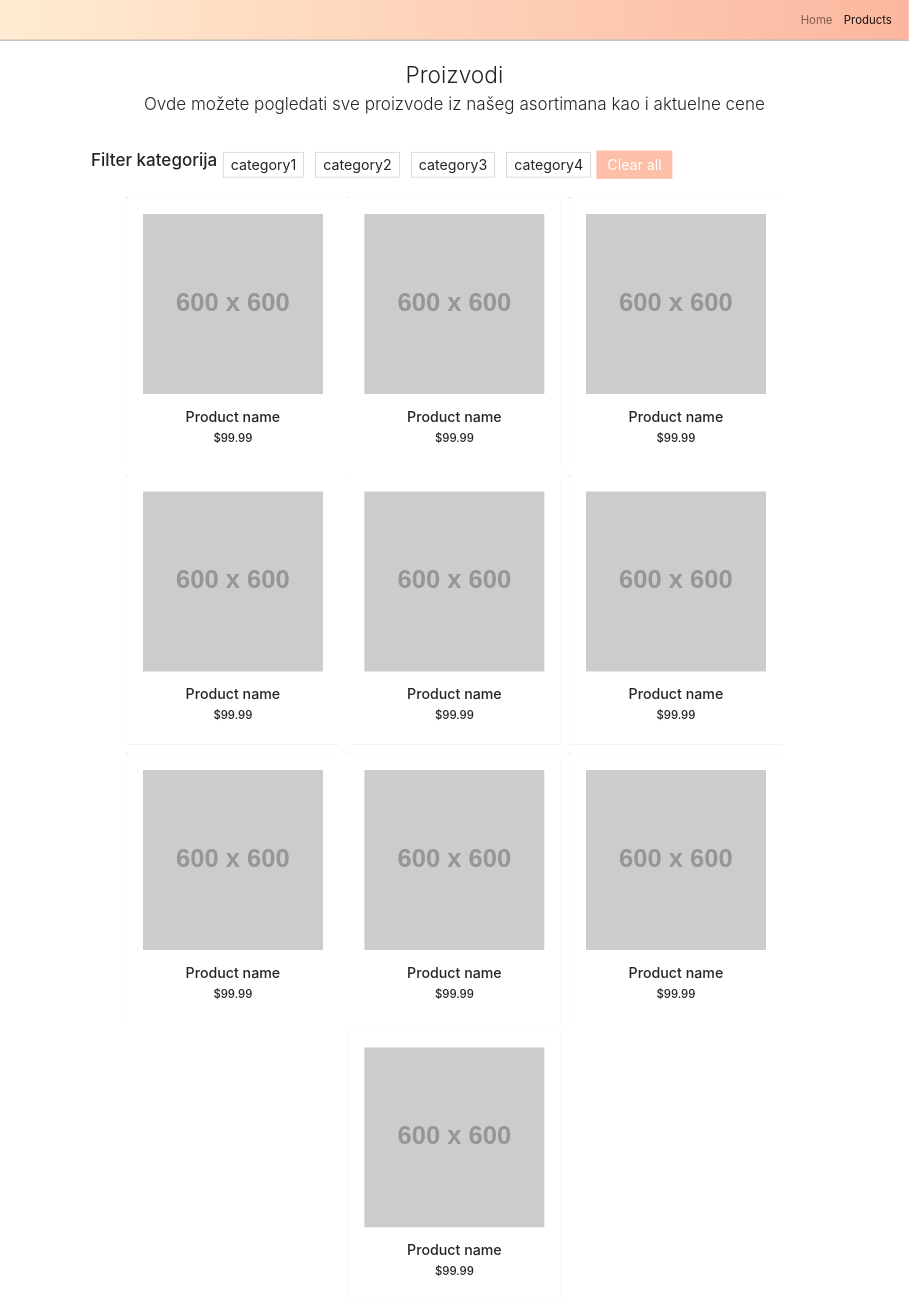
Repository: StevanFilipovic/TemplateForSinglepageWebsite
Page: products.html
An editor plug-in stored every save of this project. The page is shown before and after the next save, followed by the edit.
The browser window is 1280 px wide. The pictures show the whole page, at 71% of full size.
Some web libraries are served in a nearby version.

Above is the page before, as saved 2018-06-15 10:43:58.

After the next save:
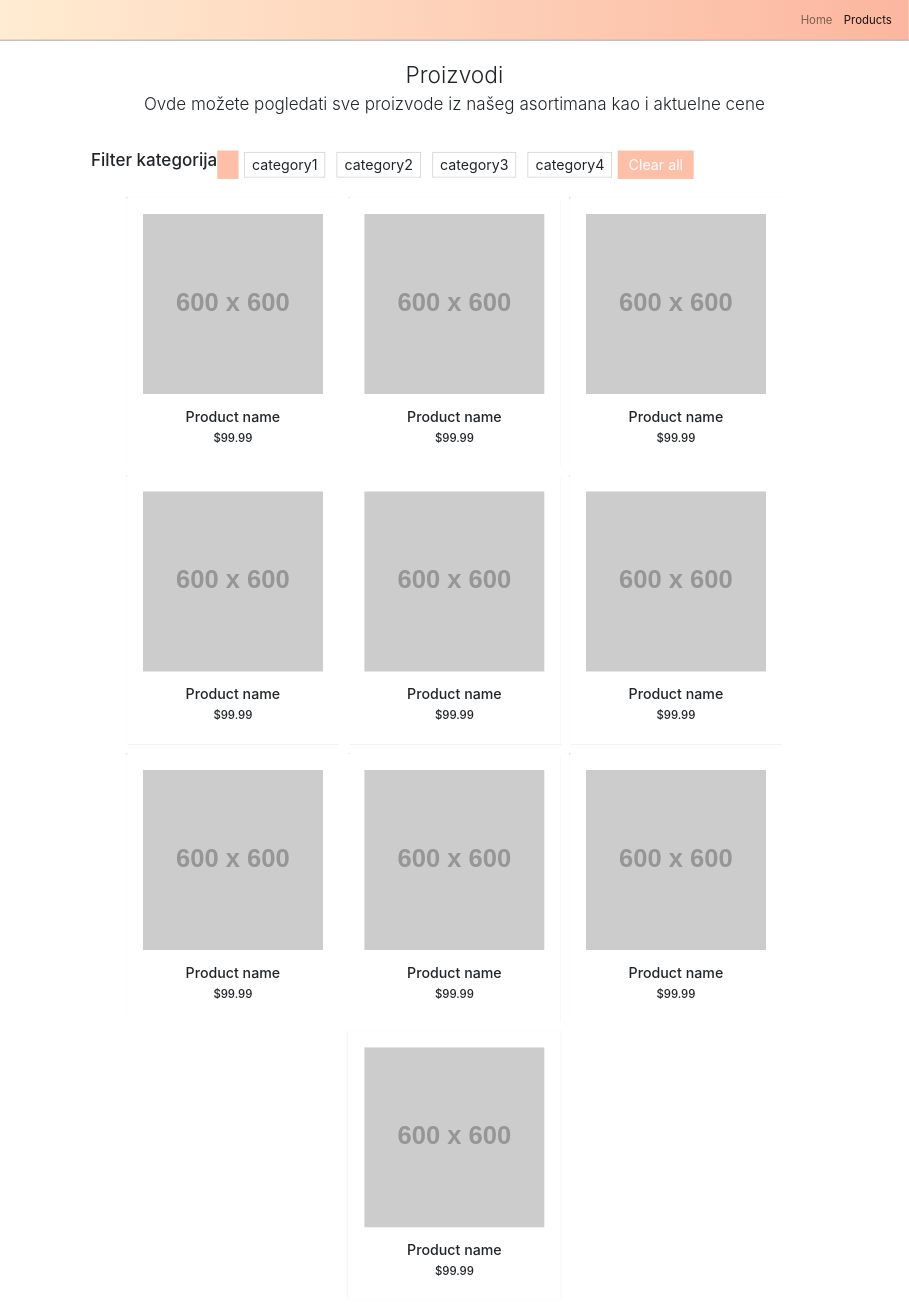
Saved 2 min 29 s later.
--- a/products.html
+++ b/products.html
@@ -89,7 +89,7 @@
 <div id="filters" class="products">
     <div class="filter-wrapper">
       <h4>Filter kategorija</h4>
-
+        <input type="button" class="button-clear dugme">
       <label for="category1" class="filter-container">
           <input type="checkbox" name="colour" id="category1" value="category1" ><span class="filters-title">category1</span></input>
       </label>
